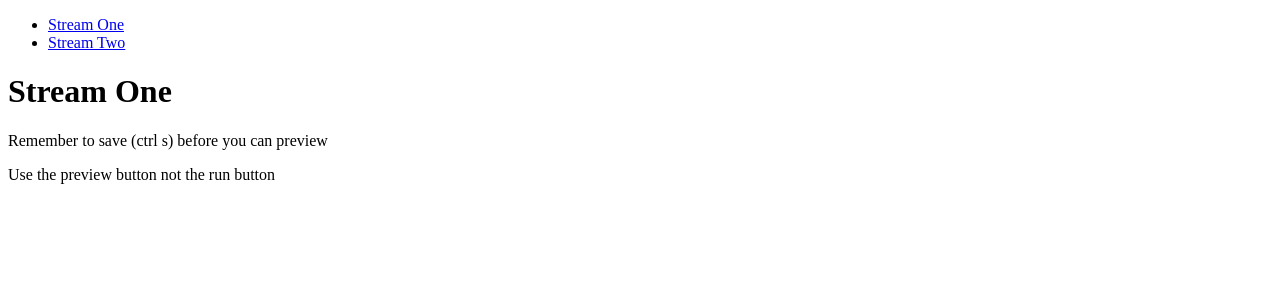
Repository: Matt-F90/my-first-website
Page: stream-one.html
The author's editor kept a record of every edit. The page is drawn from the files as they stood at one moment, then again after the next edit.
The browser window is 1280 px wide. The pictures show the whole page.

Above is the page before.

After the next edit:
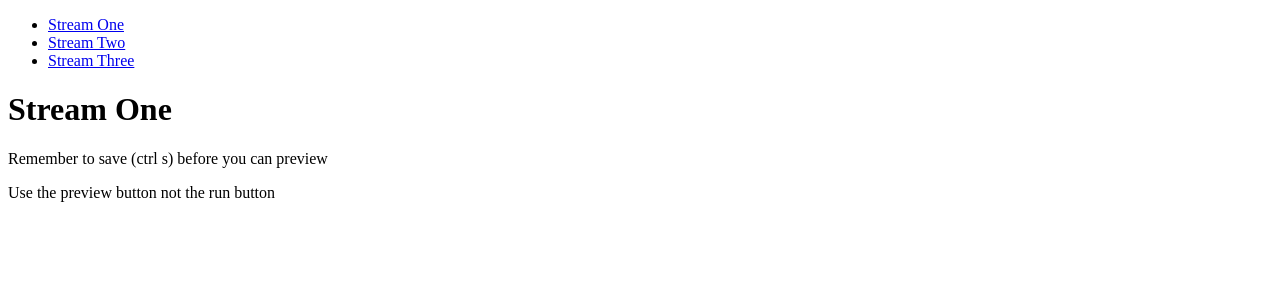
The edit:
--- a/stream-one.html
+++ b/stream-one.html
@@ -8,6 +8,7 @@
     <ul>
         <li><a href="stream-one.html">Stream One</a></li>
         <li><a href="stream-two.html">Stream Two</a></li>
+        <li><a href="stream-three.html">Stream Three</a></li>
     </ul>
 </nav>
 <h1>Stream One</h1>
